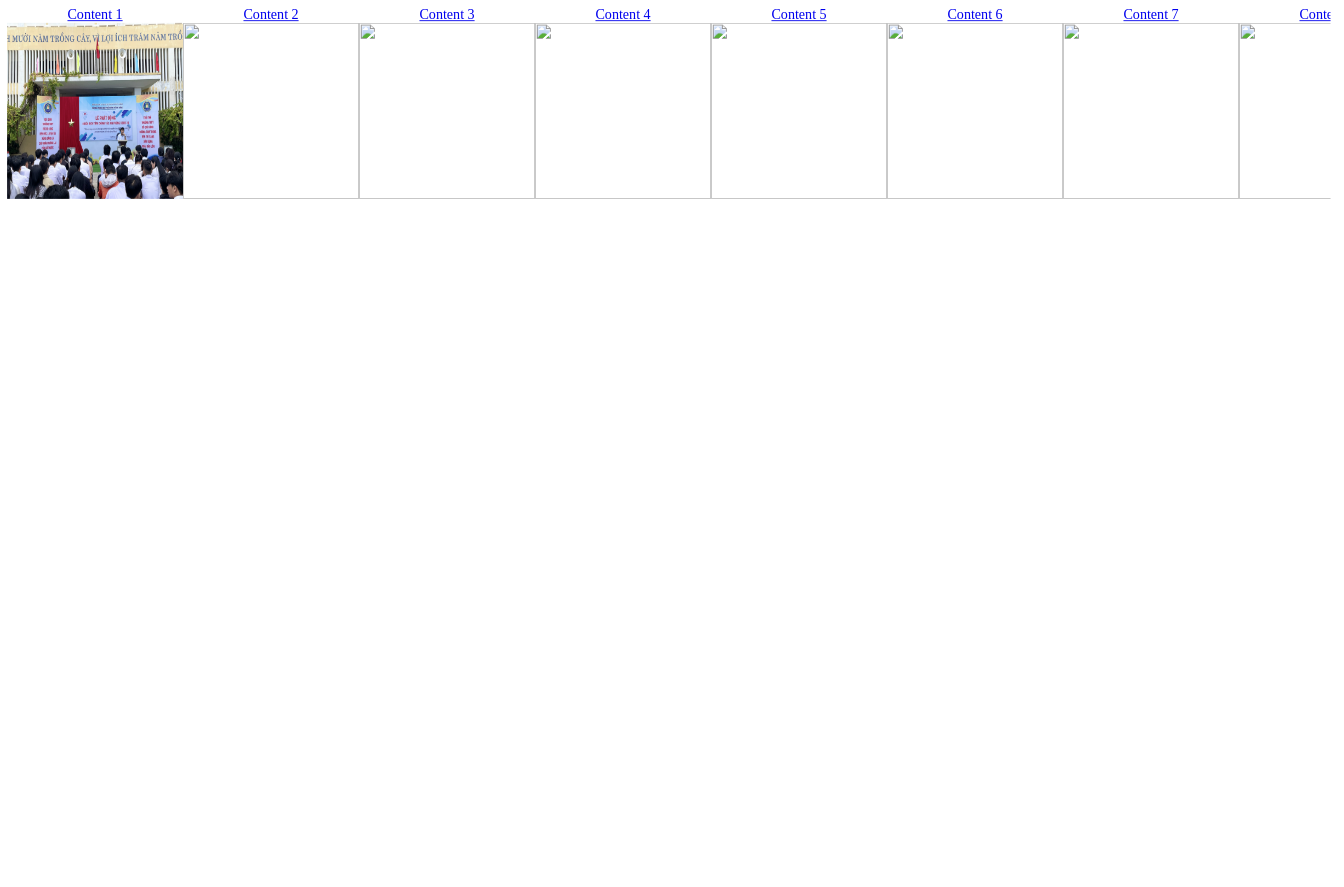
Repository: dphasst17/THPTVCC
Page: new/new_content/new_content_home.html
These files come from the project's save history. The page is drawn as it stood at one moment and after the next save; the edit follows.
The browser window is 1280 px wide. The page is 1527 px wide, so the pictures cover 1527 px, including what lies to the right of the window. The pictures show the whole page, at 88% of full size.

Above is the page before, as saved 2022-10-13 09:33:33.

### new/new_content/new_content_home.html
<!DOCTYPE html>
<html lang="en">
<head>
    <meta charset="UTF-8">
    <meta http-equiv="X-UA-Compatible" content="IE=edge">
    <meta name="viewport" content="width=device-width, initial-scale=1.0">
    <title>Document</title>
    <style>
        body{
            width:1519px;
            height:500px;
            overflow-x:hidden;
            overflow-y:hidden;
        }
        .new_body{
            display:flex;
            width:99%;
            height:1000px;
            text-align:center;
            background-color:#fff;
            overflow: hidden;
        }
        .content{
            width:300px;
            height:300px;
        }
        img{
            width:200px;
            height:200px;
        }
    </style>
</head>
<body>
    <div class="new_body">
        <div class="content">
            <a href="../new_content/new_conten1.html">Content 1
                <img src="../new_img/1.jpg" alt="">
            </a>
        </div>
        <div class="content">
            <a href="../new_content/new_content2.html">Content 2
                <img src="" alt="">
            </a>
        </div>
        <div class="content"><a href="../new_content/new_content3.html">Content 3
            <img src="" alt="">
        </a></div>
        <div class="content"><a href="../new_content/new_content4.html">Content 4
            <img src="" alt="">
        </a></div>
        <div class="content"><a href="../new_content/new_content5.html">Content 5
            <img src="" alt="">
        </a></div>
        <div class="content"><a href="../new_content/new_content6.html">Content 6
            <img src="" alt="">
        </a></div>
        <div class="content"><a href="../new_content/new_content7.html">Content 7
            <img src="" alt="">
        </a></div>
        <div class="content"><a href="../new_content/new_content8.html">Content 8
            <img src="" alt="">
        </a></div>
    </div>
</body>
</html>

After the next save:
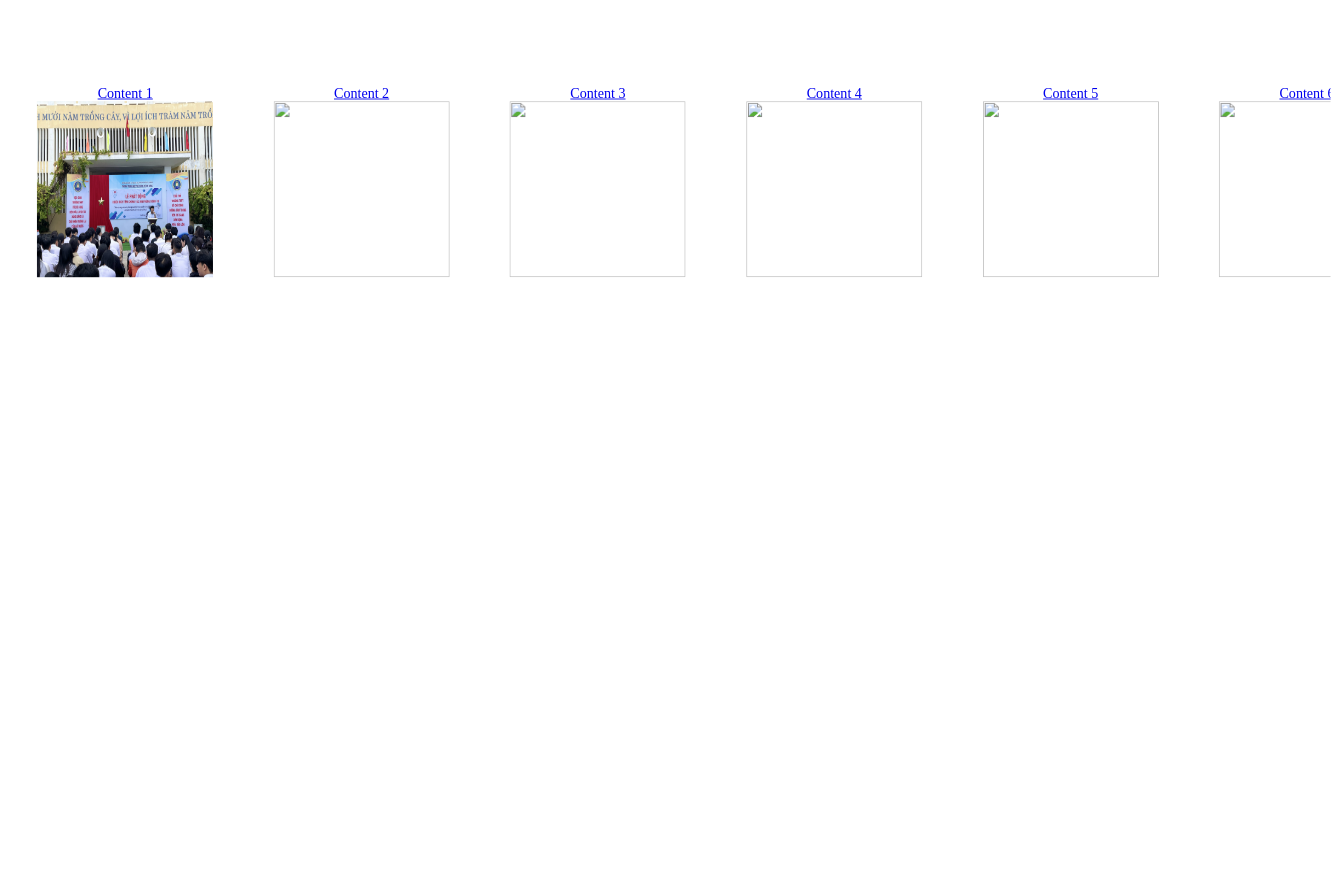
Saved 44 s later.
--- a/new/new_content/new_content_home.html
+++ b/new/new_content/new_content_home.html
@@ -22,7 +22,11 @@
         }
         .content{
             width:300px;
-            height:300px;
+    height:350px;
+    display:inline-flex;
+    margin:25px 34.3px;
+    flex-wrap: wrap;
+    align-content: center;
         }
         img{
             width:200px;
